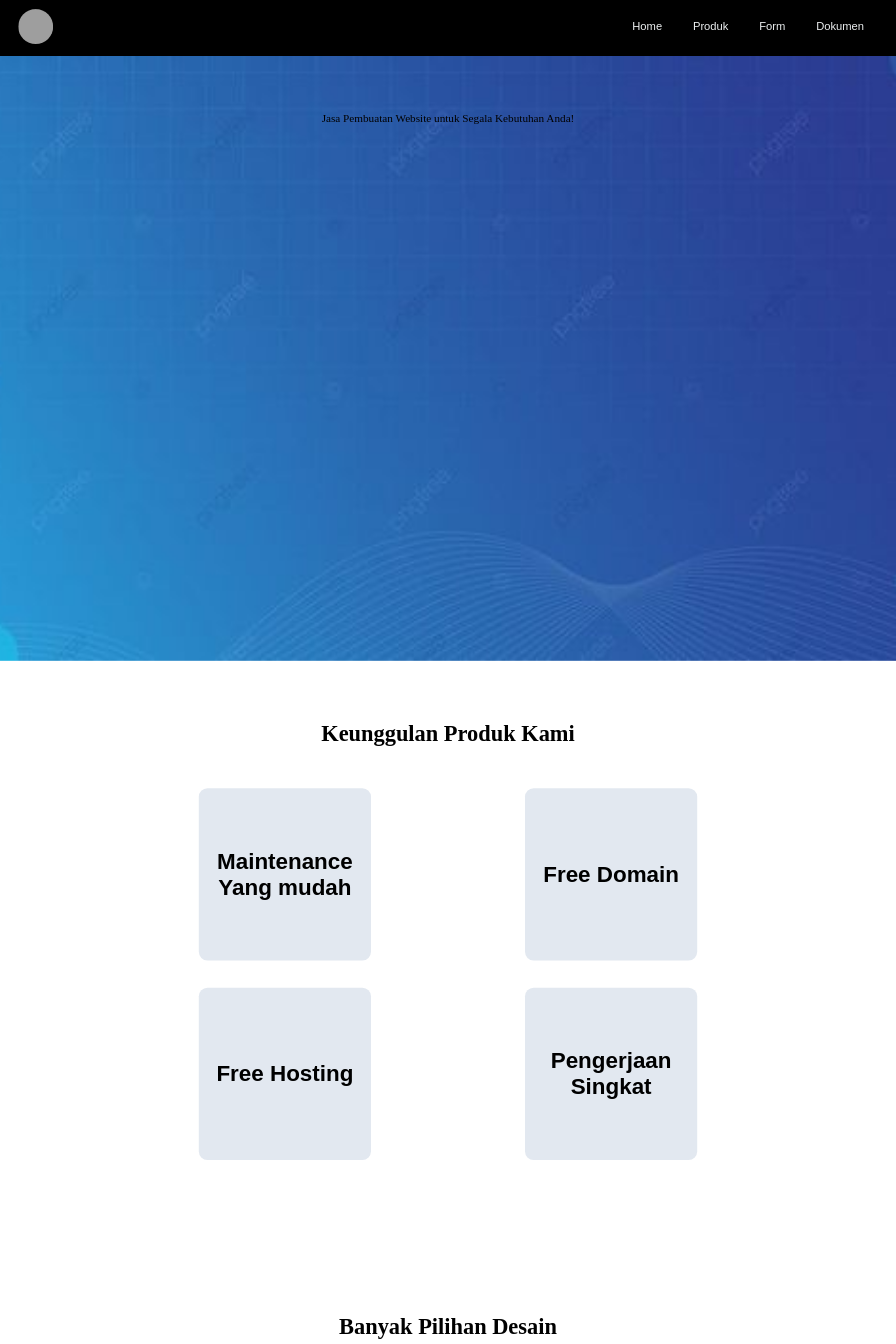
Repository: zecht12/TimModul
Page: TimModul.html
The author's editor kept a copy of each file at every save. The page is drawn from the files as they stood at one save, then again after the next save.
The browser window is 1280 px wide. The pictures show the part of the page from y = 0 to 1920 px (the page is 3920 px tall), at 70% of full size.
Pictures or frames that could not be fetched are drawn as grey boxes.

Above is the page before, as saved 2023-04-25 19:01:54.

After the next save:
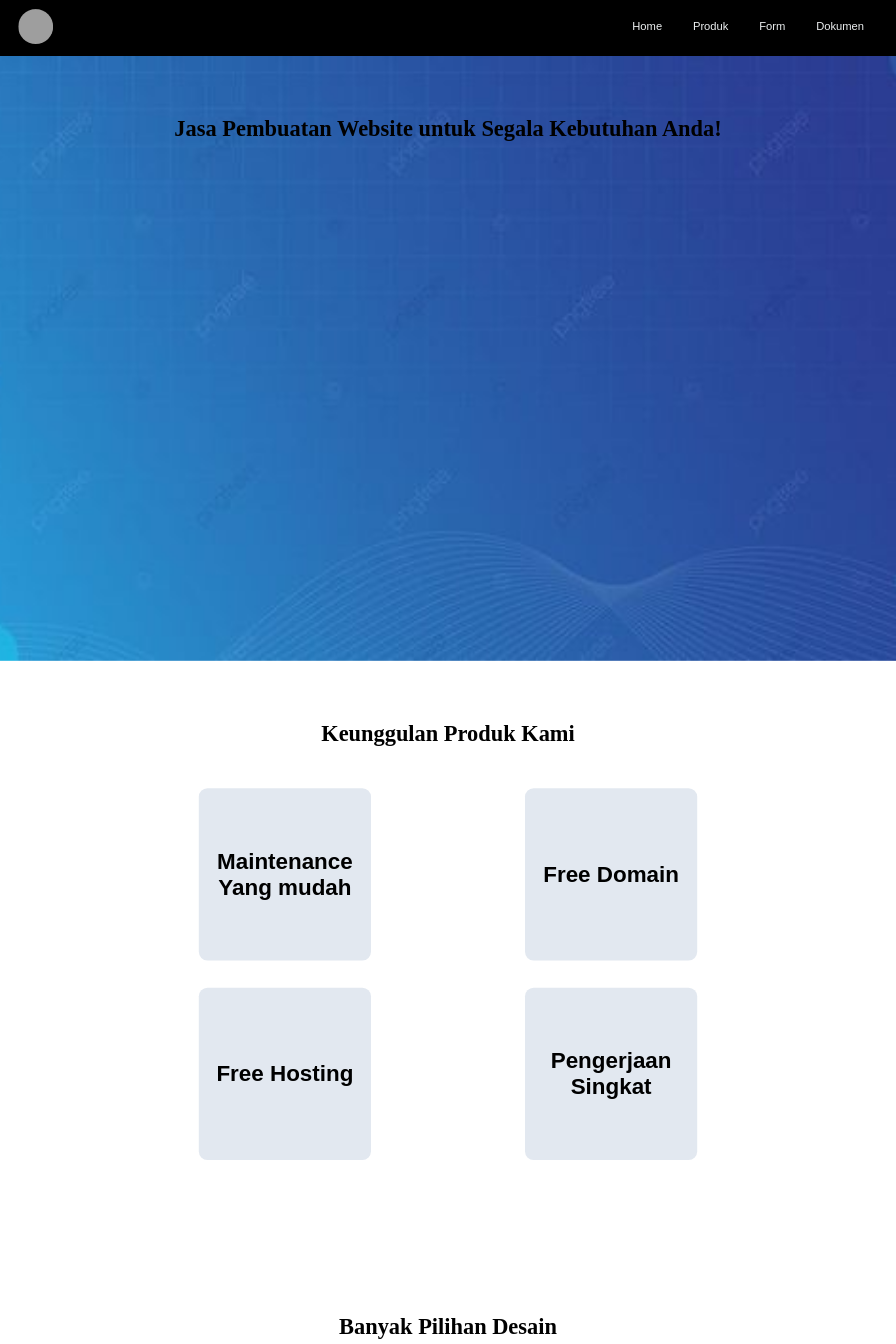
Saved 11 s later.
--- a/TimModul.html
+++ b/TimModul.html
@@ -27,7 +27,7 @@
             </div>
             <div style="height: auto; width: 70%; display: flex; justify-content: center; align-items: center;">
                 <div>
-                    <p>Jasa Pembuatan Website untuk Segala Kebutuhan Anda!</p>
+                    <h1>Jasa Pembuatan Website untuk Segala Kebutuhan Anda!</h1>
                 </div>
             </div>
             <div style="height: auto; width: 15%; display: flex; justify-content: center; align-items: center;">
